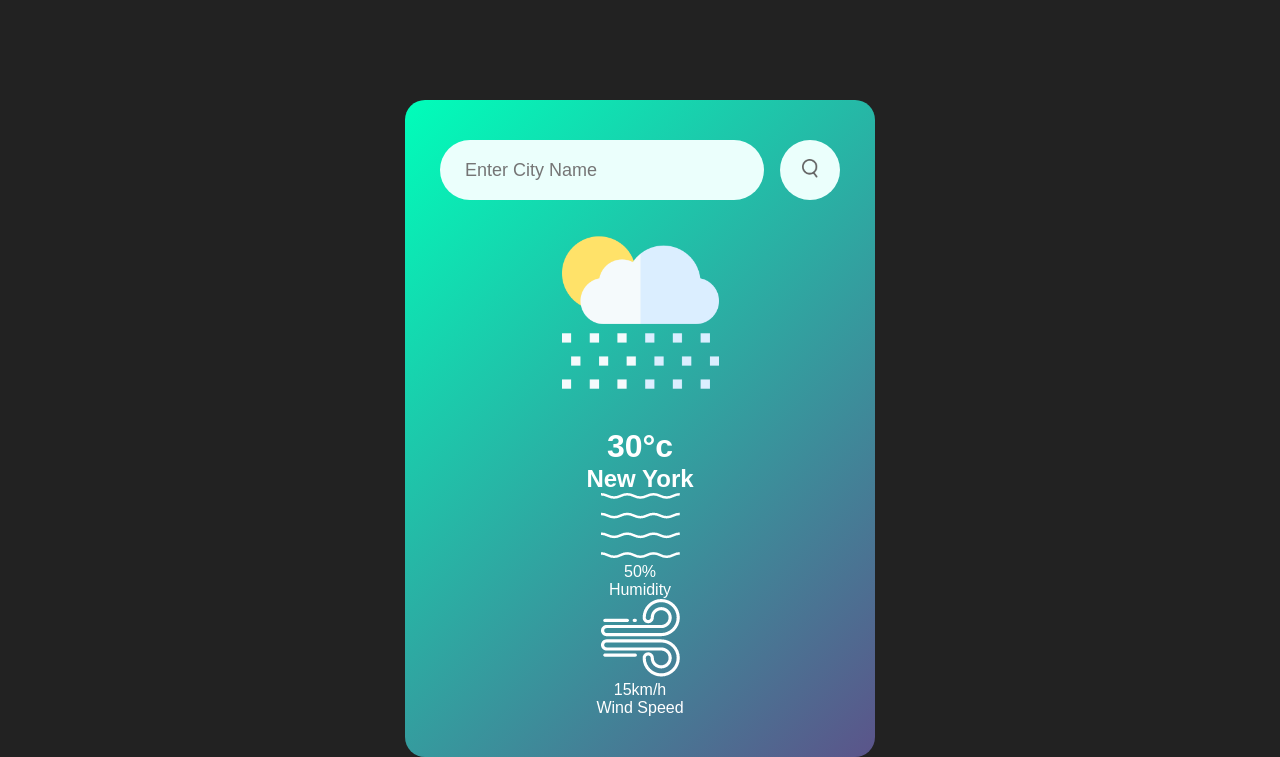
Repository: dubeprince/WeatherApp-Project
Page: WeatherApp/index.html
These files come from the project's save history. The page is drawn as it stood at one moment and after the next save; the edit follows.
The browser window is 1280 px wide. The pictures show the whole page.

Above is the page before, as saved 2023-05-26 11:11:37.

### WeatherApp/index.html
<!DOCTYPE html>
<html lang="en">
<head>
    <meta charset="UTF-8">
    <meta http-equiv="X-UA-Compatible" content="IE=edge">
    <meta name="viewport" content="width=device-width, initial-scale=1.0">
    <title>Weather App</title>
    <link rel = "stylesheet" href = "style.css">
</head>
<body>

    <div class="card">
        <div class="search">
            <input type="text" placeholder="Enter City Name" spellcheck="false">
            <button><img src="images/search.png" alt=""></button>
        </div>
        <div class="weather">
            <img src="images/rain.png" class="weather-icon">
            <h1 class="temp">30°c</h1>
            <h2 class="city">New York</h2>
            <div class="details">
                <div class="col">
                    <img src="images/humidity.png" >
                    <div>
                        <p class="humidity">50%</p>
                        <p>Humidity</p>
                    </div>
                </div>
                <div class="col">
                    <img src="images/wind.png" >
                    <div>
                        <p class="wind">15km/h</p>
                        <p>Wind Speed</p>
                    </div>
                </div>
            </div>
        </div>
    </div>

</body>
</html>

### WeatherApp/style.css
*{
    margin : 0;
    padding: 0;
    font-family: 'Poppins', sans-serif;
    box-sizing: border-box;

}
body{
    background: #222;
}
.card{
    width: 90%;
    max-width: 470px;
    background: linear-gradient(135deg, #00feba, #5b548a);
    color: #fff; /* white */
    margin: 100px auto 0;
    border-radius: 20px;
    padding: 40px 35px;
    text-align: center;

}
.search{
    width: 100%;
    display: flex;
    align-items: center;
    justify-content: space-between;
}
.search input{
    border: 0;
    outline: 0;
    background: #ebfffc;
    color: #555;
    padding: 10px 25px;
    height: 60px;
    border-radius: 30px;
    flex: 1;
    margin-right: 16px;
    font-size: 18px;
}
.search button{
    border: 0;
    outline: 0;
    border-radius: 50%;
    background: #ebfffc;
    width: 60px;
    height: 60px;
    cursor: pointer;

}
.search button img{
    width: 16px;

}

After the next save:
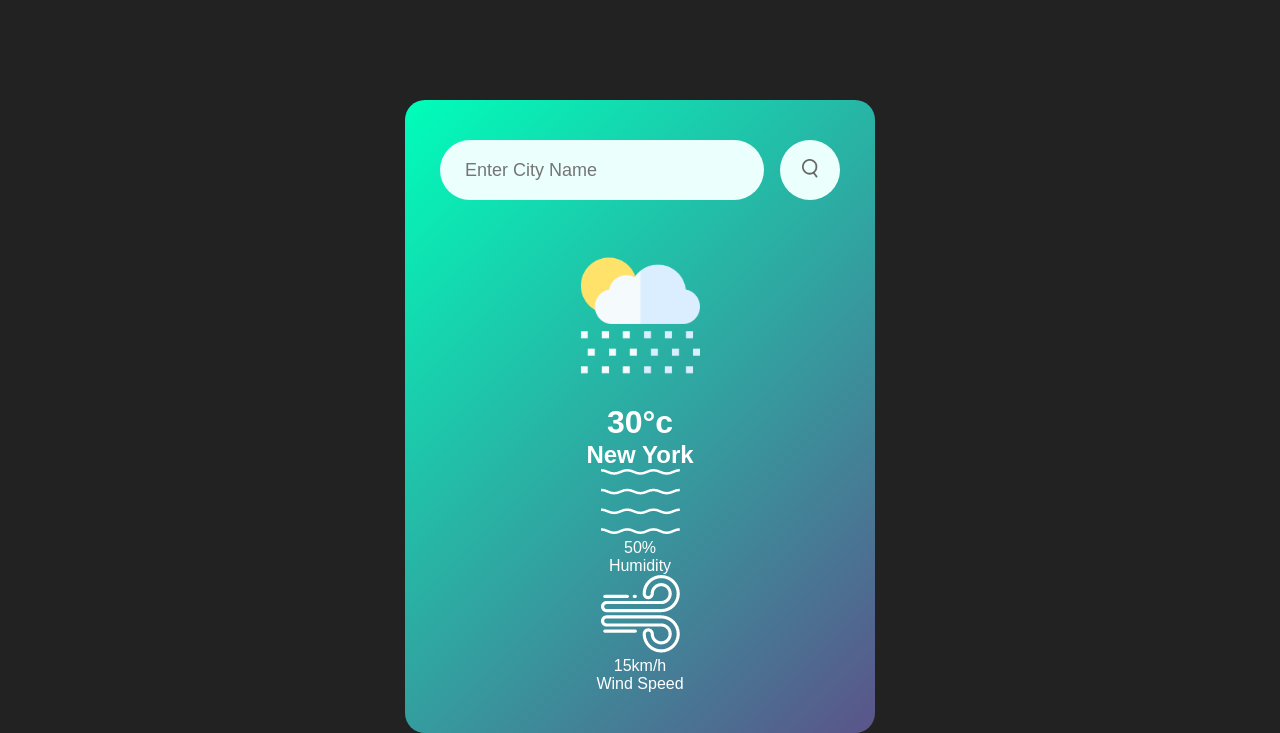
Saved 70 s later.
--- a/WeatherApp/style.css
+++ b/WeatherApp/style.css
@@ -51,3 +51,7 @@ body{
     width: 16px;
 
 }
+.weather-icon{
+    width: 170px;
+    margin-top: 30px;
+}
